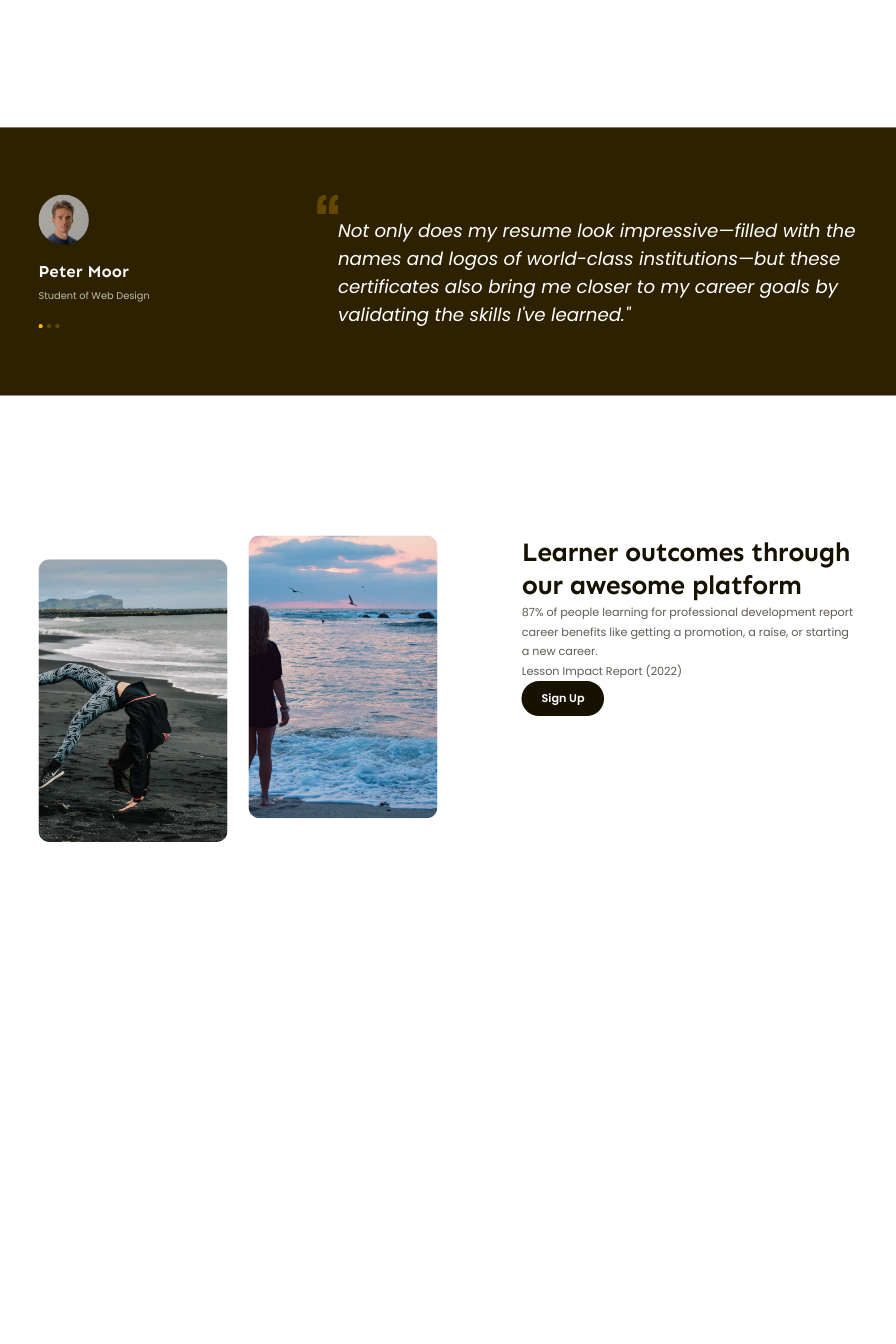
Repository: ynguyen1512/htmlcss-project-02
Page: index.html
The author's editor kept a copy of each file at every save. The page is drawn from the files as they stood at one save, then again after the next save.
The browser window is 1280 px wide. The pictures show the part of the page from y = 1760 to 3680 px (the page is 5000 px tall), at 70% of full size.
Pictures or frames that could not be fetched are drawn as grey boxes. A picture or video elsewhere on the page could not be fetched, so the positions and the page height are approximate.

Above is the page before, as saved 2023-03-08 23:24:23.

After the next save:
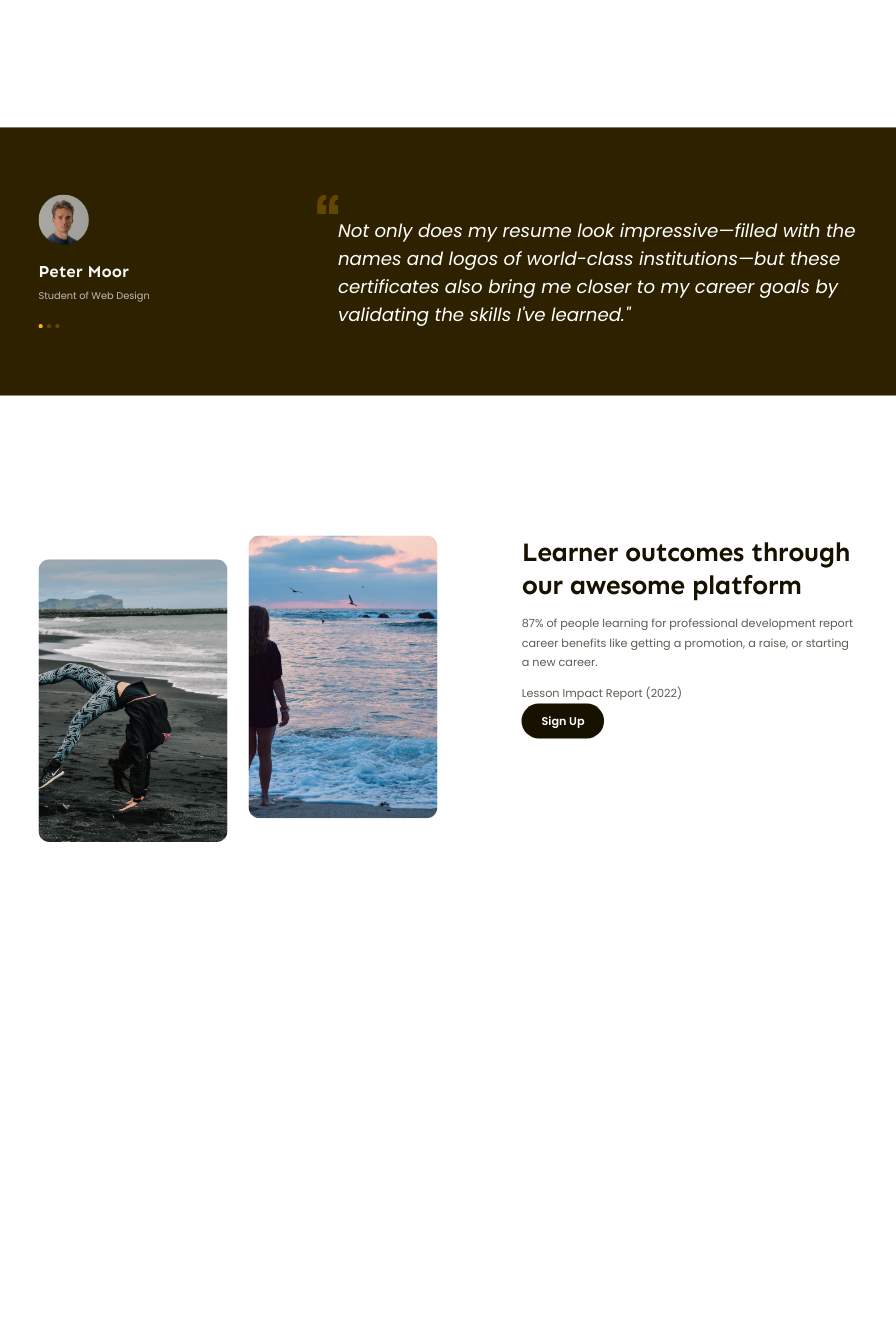
Saved 19 s later.
--- a/assets/css/style.css
+++ b/assets/css/style.css
@@ -518,6 +518,7 @@ a {
 }
 
 .features .desc {
+    margin-top: 16px;
     font-size: 1.6rem;
     line-height: 1.75;
     color: #5F5B53;
